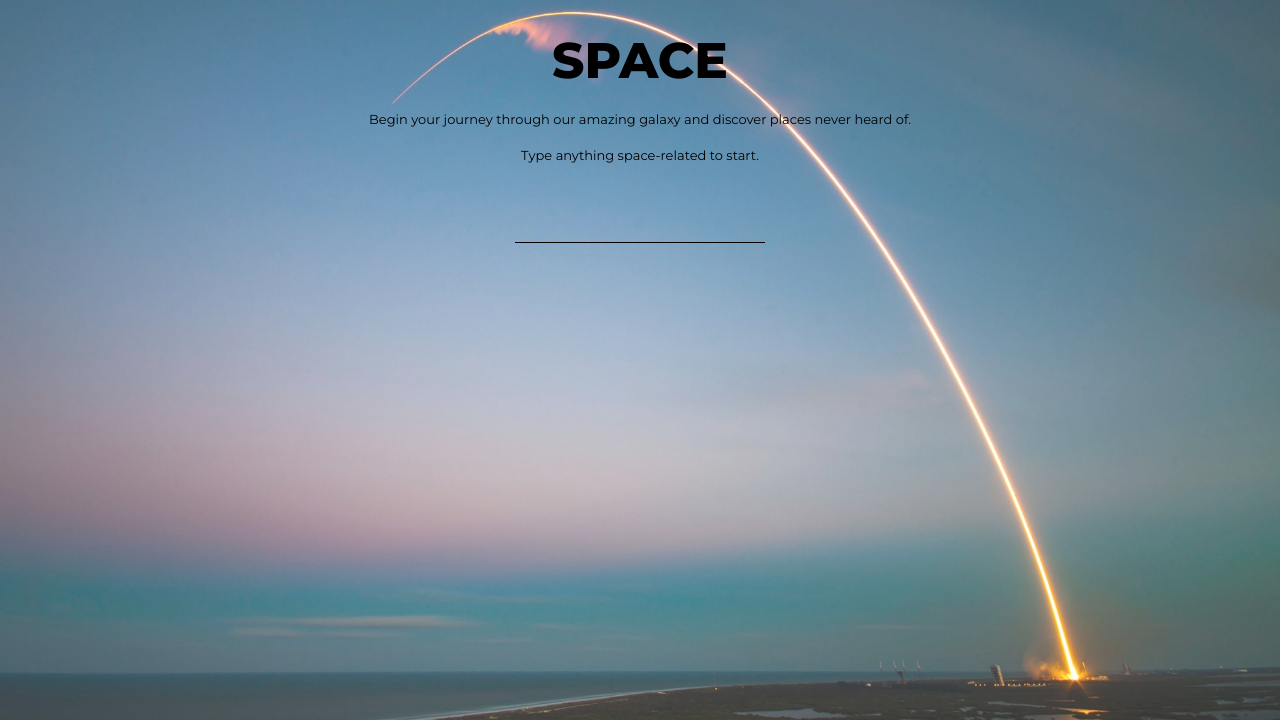
Repository: pmor80/spacer
Page: /
These files come from the project's save history. The page is drawn as it stood at one moment and after the next save; the edit follows.
The browser window is 1280 px wide. The pictures show the whole page.
The project was rebuilt for these pictures with package versions that can differ from the ones it lists, and the page was loaded fresh each time.

Above is the page before, as saved 2019-07-02 15:38:52.

After the next save:
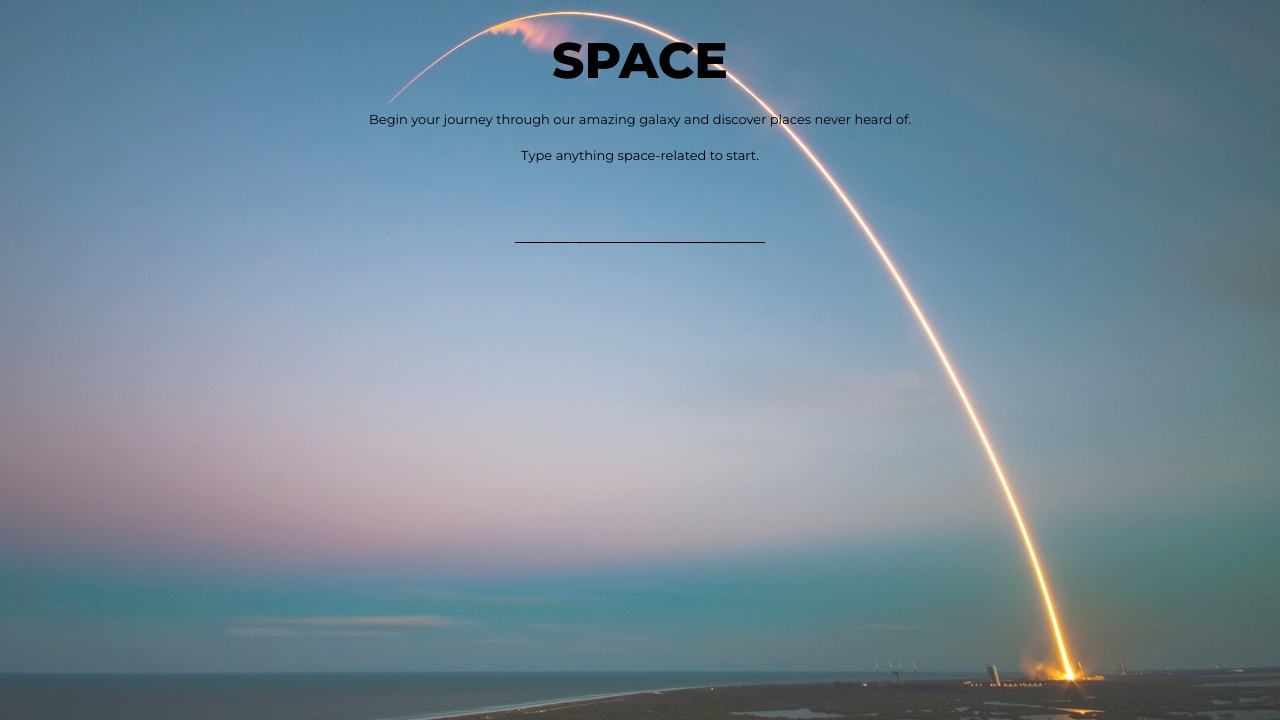
Saved 33 s later.
--- a/src/views/Search.vue
+++ b/src/views/Search.vue
@@ -52,6 +52,6 @@ export default {
   background-image: url("../assets/heroimage.jpg");
   background-repeat: no-repeat;
   background-size: cover;
-  background-position: 50% 0%;
+  background-position: 80% 0%;
 }
 </style>
